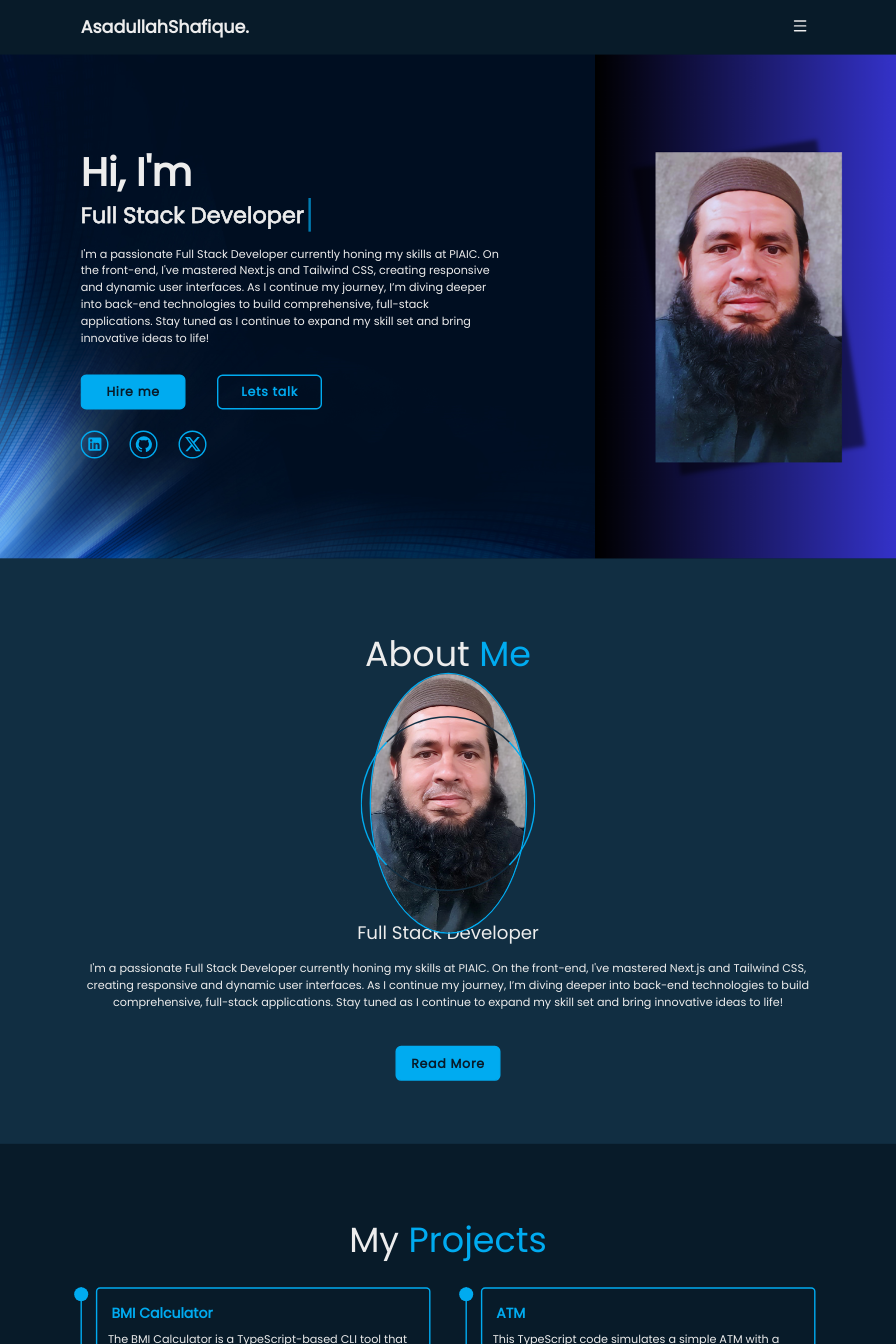
Repository: asadullah48/nextjs_projects_portfolio
Page: /
These files come from the project's save history. The page is drawn as it stood at one moment and after a run of saves; the edit follows.
The browser window is 1280 px wide. The pictures show the part of the page from y = 0 to 1920 px (the page is 4234 px tall), at 70% of full size.
The project was rebuilt for these pictures with package versions that can differ from the ones it lists, and the page was loaded fresh each time. The framework's server and built-in components were replaced by stand-ins that run in the browser. Also part of the build but not shown: next.config.ts.

Above is the page before, as saved 2024-11-13 13:32:46.

### src/app/layout.tsx
import type { Metadata } from "next";
import { Poppins } from "next/font/google";
import "./globals.css";
import Link from "next/link";
<Link  href='https://unpkg.com/boxicons@2.1.4/css/boxicons.min.css' rel='stylesheet'></Link>

const poppins = Poppins({ subsets: ["latin"], weight : '400' });

export const metadata: Metadata = {
  title: "Tayyab Portfolio",
  description: "Generated by Tayyab Khalid",
};

export default function RootLayout({
  children,
}: Readonly<{
  children: React.ReactNode;
}>) {
  return (
    <html lang="en">
      <body className={poppins.className}>

        {children}

        </body>
    </html>
  );
}

### src/app/page.tsx
"use client"
import Link from "next/link";
import Image from "next/image";
import LinkedInIcon from "@mui/icons-material/LinkedIn";
import GitHubIcon from "@mui/icons-material/GitHub";
import XIcon from "@mui/icons-material/X";
import ArrowUpwardIcon from "@mui/icons-material/ArrowUpward";
import { Menu } from "lucide-react";
import { useState } from "react";
import {
  Sheet,
  SheetContent,
  SheetDescription,
  SheetHeader,
  SheetTitle,
  SheetTrigger,
} from "@/components/ui/sheet";

export default function Home() {
  const [isSidebarOpen, setIsSidebarOpen] = useState(false);

  const closeSidebar = () => {
    setIsSidebarOpen(false);
  };

  return (
    <main>
      {/* ---------header------------ */}
     <header className={`header flex justify-end items-center transition-opacity duration-300 ${isSidebarOpen ? "opacity-50" : "opacity-100"}`}>
        <div>
          <Link href={"#home"} className="logo ">
            AsadullahShafique.
          </Link>
        </div>
        <nav className="navbar">
          <Sheet open={isSidebarOpen} onOpenChange={setIsSidebarOpen}>
            <SheetTrigger className="tablet:hidden">
              <Menu className="menu-icon mr-4" />
            </SheetTrigger>
            <SheetContent className="pt-4 text-3xl">
              <br />
              <br />
              <br />
              <Link href={"#home"} onClick={closeSidebar}>
                Home
              </Link>
              <br />
              <br />
              <br />
              <Link href={"#about"} onClick={closeSidebar}>
                About
              </Link>
              <br />
              <br />
              <br />
              <Link href={"#education"} onClick={closeSidebar}>
                Project
              </Link>
              <br />
              <br />
              <br />
              <Link href={"#skills"} onClick={closeSidebar}>
                Skills
              </Link>
              <br />
              <br />
              <br />
              <Link href={"#contact"} onClick={closeSidebar}>
                Contact
              </Link>
              <br />
            </SheetContent>
          </Sheet>
          <ul className="hidden tablet:flex gap-x-8 text-[1.7rem]">
            <li>
              <Link
                className="text-[var(--text-color)] font-bold ml-[3.5rem] transition duration-300 hover:text-[var(--main-color)]
active:text-[var(--main-color)]"
                href={"#home"}
              >
                Home
              </Link>
            </li>
            <li>
              <Link
                className="text-[var(--text-color)] font-bold ml-[3.5rem] transition duration-300 hover:text-[var(--main-color)]
active:text-[var(--main-color)]"
                href={"#about"}
              >
                About
              </Link>
            </li>
            <li>
              <Link
                className="text-[var(--text-color)] font-bold ml-[3.5rem] transition duration-300 hover:text-[var(--main-color)]
active:text-[var(--main-color)]"
                href={"#education"}
              >
                Project
              </Link>
            </li>
            <li>
              <Link
                className="text-[var(--text-color)] font-bold ml-[3.5rem] transition duration-300 hover:text-[var(--main-color)]
active:text-[var(--main-color)]"
                href={"#skills"}
              >
                Skills
              </Link>{" "}
            </li>
            <li>
              <Link
                className="text-[var(--text-color)] font-bold ml-[3.5rem] transition duration-300 hover:text-[var(--main-color)]
active:text-[var(--main-color)]"
                href={"#contact"}
              >
                Contact
              </Link>
            </li>
          </ul>
        </nav>
      </header>

      {/*-------------- home section-------------- */}

      <section className={`home bg-[url('../../public/fullSizeImge1.jpg')] bg-cover bg-center transition-opacity duration-300 ${isSidebarOpen ? "opacity-50" : "opacity-100"}`} id="home">
        <div className="home-content">
          <h1>
            Hi, I'm<span> </span>{" "}
          </h1>
          <div className="text-animated">
            <h3>Full Stack Developer</h3>
          </div>
          <p>
            I'm a passionate Full Stack Developer currently honing my skills at
            PIAIC. On the front-end, I've mastered Next.js and Tailwind CSS,
            creating responsive and dynamic user interfaces. As I continue my
            journey, I’m diving deeper into back-end technologies to build
            comprehensive, full-stack applications. Stay tuned as I continue to
            expand my skill set and bring innovative ideas to life!
          </p>

          <div className="btn-box">
            <Link
              href={
                "https://www.linkedin.com/in/muhammad-tayyab-khalid-tayyabk993"
              }
              className="btn" target="_blank"
            >
              Hire me
            </Link>
            <Link
              href={
                "https://www.linkedin.com/in/muhammad-tayyab-khalid-tayyabk993"
              }
              className="btn" target="_blank"
            >
              Lets talk
            </Link>
          </div>
          <div className="flex-space-x-4 home-sci">
            <Link
              href="https://www.linkedin.com/in/muhammad-tayyab-khalid-tayyabk993"
              target="_blank"
              rel="noopener noreferrer"
              className="bx-bx1-linkedin"
            >
              <LinkedInIcon className="icon" sx={{ fontSize: 25 }} />
            </Link>
            <Link
              href={"https://github.com/tayyabkhalid993"}
              target="_blank"
              className="bx-bx1-github"
            >
              <GitHubIcon className="icon" sx={{ fontSize: 25 }} />
            </Link>
            <Link
              href={"https://x.com/TayyabK993?t=Me6-ULEimqiZR6jBTWGOwQ&s=09"}
              target="_blank"
              className="bx-bx1-x"
            >
              <XIcon className="icon" sx={{ fontSize: 25 }} />
            </Link>
          </div>
        </div>

        <div className="home-imgHover"></div>
      </section>

      {/* --------------About Section------------- */}

      <section className="about" id="about">
        <h2 className="heading">
          About <span>Me</span>
        </h2>

        <div className="about-image relative w-[25rem] h-[25rem] rounded-full flex justify-center items-center">
      <Image
        src="/SmallSizeImge.jpg"
        alt="Profile Image"
        width={225}
        height={225}
        className="Image rounded-full border-[.2rem] border-[var(--main-color)]"
      />
      <span className="circle-spin absolute"></span>
    </div>

        <div className="about-content">
          <h2>Full Stack Developer</h2>
          <p className="about-para">
            I'm a passionate Full Stack Developer currently honing my skills at
            PIAIC. On the front-end, I've mastered Next.js and Tailwind CSS,
            creating responsive and dynamic user interfaces. As I continue my
            journey, I’m diving deeper into back-end technologies to build
            comprehensive, full-stack applications. Stay tuned as I continue to
            expand my skill set and bring innovative ideas to life!
          </p>

          <div className="btn-box btns">
            <a href="#about" className="btn">
              Read More
            </a>
          </div>
        </div>
      </section>

      {/* -----------------------project section--------------------------- */}

      <section className="education" id="education">
        <h2 className="heading">
          My <span>Projects </span>
        </h2>

        <div className="education-row">
          <div className="education-column">
            {/* <h3 className="title">Education</h3> */}

            <div className="education-box">
              <div className="education-content">
                <div className="content">
                  <div className="year">
                    <h3>BMI Calculator</h3>
                  </div>
                  <p>
                    The BMI Calculator is a TypeScript-based CLI tool that
                    calculates Body Mass Index (BMI) using user inputs for
                    height and weight. It provides health status feedback
                    (Underweight, Healthy, Overweight) with color-coded results
                    using Chalk, and features an interactive interface with
                    Inquirer.
                    <Link
                      href="https://github.com/Tayyabkhalid993/PIAIC56/tree/main/NodeProjects/BMI"
                      className="text-blue-500 hover:underline ml-2"
                      target="_blank"
                    >
                      Read More
                    </Link>
                  </p>
                </div>
              </div>

              <div className="education-content">
                <div className="content">
                  <div className="year">
                    <h3>Rock-Paper-Scissors</h3>
                  </div>
                  <p>
                    A classic Rock-Paper-Scissors game. It allows players to
                    enter their name, choose between rock, paper, and scissors,
                    and then compares their choice to a computer's random
                    selection. The game displays the winner and offers the
                    option to play again.
                    <Link
                      href="https://github.com/Tayyabkhalid993/PIAIC56/tree/main/NodeProjects/Other_Projects/Rock_Paper_sessior"
                      className="text-blue-500
                      hover:underline ml-2"
                      target="_blank"
                    >
                      Read More
                    </Link>
                  </p>
                </div>
              </div>

              <div className="education-content">
                <div className="content">
                  <div className="year">
                    <h3>Number Guessing Game</h3>
                  </div>
                  <p>
                  A number guessing game. Computer generate a random number.
                  Then user is prompted to guess a randomly generated number between 1 and 10. If the guess is correct, the game ends with a congratulatory message. If the guess is incorrect, the user is provided with feedback (too high or too low) and allowed to try again until they guess correctly.
                    <Link
                      href="https://github.com/Tayyabkhalid993/PIAIC56/tree/main/NodeProjects/Project01_number_guessing_game"
                      className="text-blue-500 hover:underline ml-2"
                      target="_blank"
                    >
                      Read More
                    </Link>
                  </p>
                </div>
              </div>
            </div>
          </div>

          {/* --------------2nd column----------- */}

          <div className="education-column">
            {/* <h3 className="title">Experience</h3> */}
            <div className="education-box">
              <div className="education-content">
                <div className="content">
                  <div className="year">
                    <h3>ATM</h3>
                  </div>
                  <p>
                  This TypeScript code simulates a simple ATM with a command-line interface (CLI).
                  Users can choose to "Sign in" using predefined credentials. Upon successful login, they can check their balance, withdraw cash (limited by available funds), or choose pre-defined "Fast cash" amounts. The program uses inquirer for user prompts and chalk for colored output.
                    <Link
                      href="https://github.com/Tayyabkhalid993/PIAIC56/tree/main/NodeProjects/Project02_ATM"
                      className="text-blue-500
                      hover:underline ml-2"
                      target="_blank"
                    >
                      Read More
                    </Link>
                  </p>
                </div>
              </div>

              <div className="education-content">
                <div className="content">
                  <div className="year">
                    <h3>To-Do List</h3>
                  </div>
                  <p>
                  A simple to-do list application.
                  Users are prompted to enter tasks, which are added to a list. The program continues to ask for more tasks until the user confirms they are finished. Finally, the completed to-do list is displayed.
                    <Link
                      href="https://github.com/Tayyabkhalid993/PIAIC56/tree/main/NodeProjects/Project03_toDoList"
                      className="text-blue-500
                       hover:underline ml-2"
                      target="_blank"
                    >
                      Read More
                    </Link>
                  </p>
                </div>
              </div>

              <div className="education-content">
                <div className="content">
                  <div className="year">
                    <h3>Currency Converter</h3>
                  </div>
                  <p>
                  A currency converter with a user-friendly. Users can select the currency they want to convert from and to,
                  as well as enter the amount. The program utilizes a defined exchange rate object to calculate the equivalent amount in the desired currency. Finally, it displays the converted amount with clear formatting.
                    <Link
                      href="https://github.com/Tayyabkhalid993/PIAIC56/tree/main/NodeProjects/Other_Projects/Rock_Paper_sessior"
                      className="text-blue-500
                       hover:underline ml-2"
                      target="_blank"
                    >
                      Read More
                    </Link>
                  </p>
                </div>
              </div>
            </div>
          </div>
        </div>
      </section>

      {/* -----------------------skill section--------------------------- */}
      <section className="skills" id="skills">
        <h2 className="heading">
          {" "}
          My <span>Skills</span>
        </h2>
            <h3 className="skill-title">Coding Skills</h3>

        <div className="skills-row">
          <div className="skills-column">

            <div className="skills-box">
              <div className="skills-content">
                <div className="progress">
                  <h3>
                    HTML <span>90%</span>
                  </h3>
                  <div className="bar">
                    <span></span>
                  </div>
                </div>
                <div className="progress">
                  <h3>
                    CSS <span>80%</span>
                  </h3>
                  <div className="bar">
                    <span></span>
                  </div>
                </div>
                <div className="progress">
                  <h3>
                    TypeScript <span>92%</span>
                  </h3>
                  <div className="bar">
                    <span></span>
                  </div>
                </div>
                <div className="progress">
                  <h3>
                    Python <span>83%</span>
                  </h3>
                  <div className="bar">
                    <span></span>
                  </div>
                </div>
                  <div className="bar">
                    <span></span>
                  </div>
              </div>
            </div>
          </div>

          {/* ----------------------For another Column--------------------------- */}

          <div className="skills-column">
            {/* <h3 className="title">Professional Skills</h3> */}
            <div className="skills-box">
              <div className="skills-content">
                <div className="progress">
                  <h3>
                  Next.JS <span>95%</span>
                  </h3>
                  <div className="bar">
                    <span></span>
                  </div>
                </div>
                <div className="progress">
                  <h3>
                    Tailwind CSS <span>85%</span>
                  </h3>
                  <div className="bar">
                    <span></span>
                  </div>
                </div>
                <div className="progress">
                  <h3>
                    Express <span>82%</span>
                  </h3>
                  <div className="bar">
                    <span></span>
                  </div>
                </div>
                <div className="progress">
                  <h3>
                  Node Js <span>83%</span>
                  </h3>
                  <div className="bar">
                    <span></span>
                  </div>
                </div>
                  <div className="bar">
                    <span></span>
                </div>
              </div>
            </div>
          </div>
        </div>
      </section>

      <section className="contact" id="contact">
        <center></center>
        <h2 className="heading">
          Contact <span>Me!</span>
        </h2>

        <form action="#">
          <div className="input-box">
            <div className="input-field">
              <input type="text" placeholder="Full Name" required />
              <span className="focus"></span>
            </div>
            <div className="input-field">
              <input type="text" placeholder="Email Address" required />
              <span className="focus"></span>
            </div>
          </div>

          <div className="input-box">
            <div className="input-field">
              <input type="string" placeholder="Mobile Number" required />
              <span className="focus"></span>
            </div>
            <div className="input-field">
              <input type="text" placeholder="Email Subject" required />
              <span className="focus"></span>
            </div>
          </div>
          <div className="textarea-field">
            <textarea
              name=""
              id=""
              cols={30}
              rows={10}
              placeholder="Your Message"
              required
            ></textarea>
            <span className="focus"></span>
          </div>

          <div className="btn-box btns">
            <a href="#contact" className="btn">
              Submit
            </a>
          </div>
        </form>
      </section>

      {/* --------------footer-------------- */}

      <footer className="footer">
        <div className="footer-text">
          <p>Copyright &copy; 2024 by Tayyab | All Right Reserved.</p>
        </div>

        <div className="footer-iconTop">
          <Link href="/" className=" bg-cyan-500 bx-bx1-arrowUpWardIcon">
            <ArrowUpwardIcon className="icon" sx={{ fontSize: 25 }} />
          </Link>
        </div>
      </footer>
    </main>
  );
}

Loaded but not shown: src/lib/utils.ts (common file); tailwind.config.ts (common file); src/app/globals.css (833 lines, source omitted); src/components/ui/sheet.tsx (140 lines, source omitted)

After the next 2 saves:
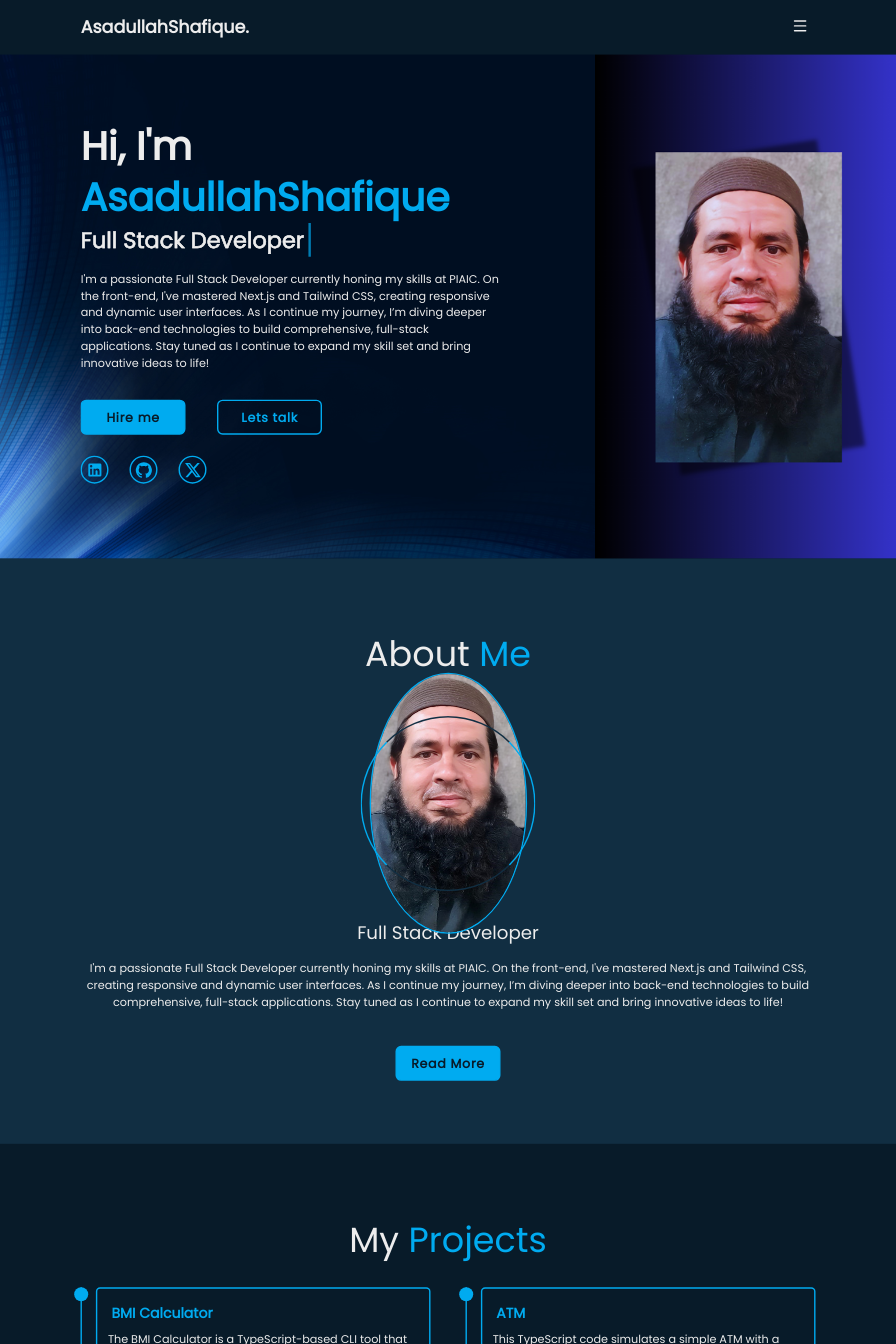
The 2 saves are shown as one change because they came seconds apart.
The last was saved 7 s later.
--- a/src/app/page.tsx
+++ b/src/app/page.tsx
@@ -126,7 +126,7 @@ active:text-[var(--main-color)]"
       <section className={`home bg-[url('../../public/fullSizeImge1.jpg')] bg-cover bg-center transition-opacity duration-300 ${isSidebarOpen ? "opacity-50" : "opacity-100"}`} id="home">
         <div className="home-content">
           <h1>
-            Hi, I'm<span> </span>{" "}
+            Hi, I'm<span> AsadullahShafique</span>{" "}
           </h1>
           <div className="text-animated">
             <h3>Full Stack Developer</h3>
